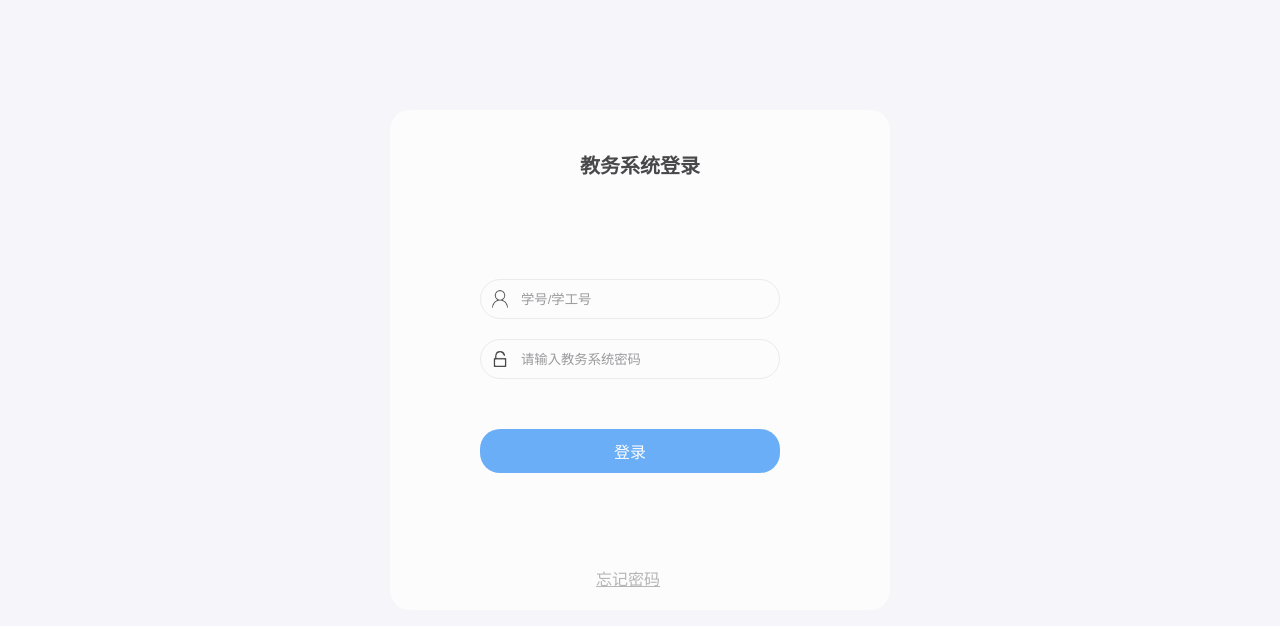
Repository: yangziteng/System
Page: / (app in myreact/)
These files come from the project's save history. The page is drawn as it stood at one moment and after the next save; the edit follows.
The browser window is 1280 px wide. The pictures show the whole page.
The project was rebuilt for these pictures with package versions that can differ from the ones it lists, and the page was loaded fresh each time. Also part of the build but not shown: myreact/vite.config.js, myreact/src/App.css, myreact/src/App.jsx, myreact/src/log.jsx.

Above is the page before, as saved 2022-07-10 20:26:15.

After the next save:
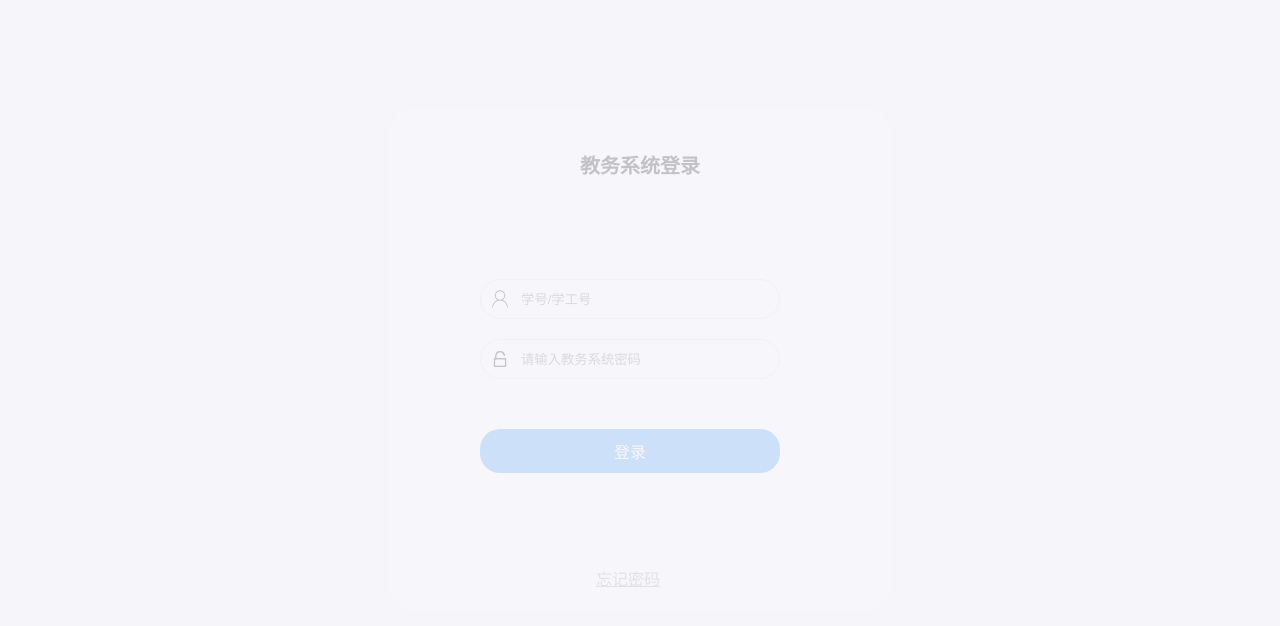
Saved 13 s later.
--- a/myreact/src/pages/Login/Login.css
+++ b/myreact/src/pages/Login/Login.css
@@ -8,7 +8,7 @@
 }
 .model{
     width: 500px;
-    opacity: 0.7;
+    opacity: 0.2;
     height: 500px;
     background-color: white;
     border-radius: 20px;
